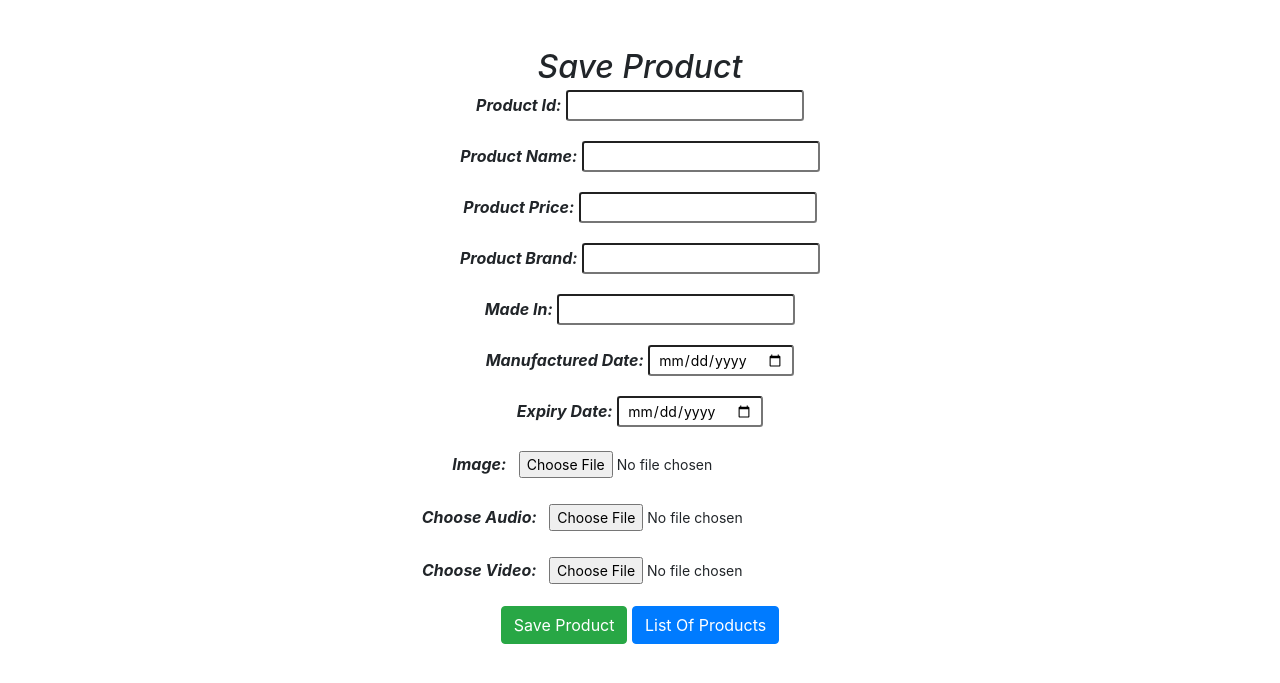
Repository: ananthaanusha/advjavaprograms
Page: ProductManagementApp/src/main/webapp/addProduct.html
An editor plug-in stored every save of this project. The page is shown before and after the next save, followed by the edit.
The browser window is 1280 px wide. The pictures show the whole page.

Above is the page before, as saved 2024-03-10 12:14:27.

### ProductManagementApp/src/main/webapp/addProduct.html
<!DOCTYPE html>
<html>
	<head>
		<title>Product Details...</title>
		<!-- Latest compiled and minified CSS -->
<link rel="stylesheet" href="https://stackpath.bootstrapcdn.com/bootstrap/4.5.2/css/bootstrap.min.css" integrity="sha384-JcKb8q3iqJ61gNV9KGb8thSsNjpSL0n8PARn9HuZOnIxN0hoP+VmmDGMN5t9UJ0Z" crossorigin="anonymous">

		<script type="text/javascript" src="formvalidation.js"></script>


	</head>
	<body>
	<div class="container mt-5 text-center">
	<h2 class="text-center font-italic mb-1">Save Product</h2>
	  <form method="post" action="AddProductServlet" enctype="multipart/form-data" onsubmit="return validateForm()">

		<div class="form-group">
		<label class="font-italic font-weight-bold" for="proId">Product Id:</label>
		<input type="text" class="form-control-sm" id="proId" name="proId" >
		</div>


		<div class="form-group">
		<label class="font-italic font-weight-bold" for="proName">Product Name:</label>
		<input type="text" class="form-control-sm" id="proName" name="proName" >
		</div>

		<div class="form-group">
		<label class="font-italic font-weight-bold" for="proPrice">Product Price:</label>
		<input type="number" class="form-control-sm" id="proPrice" name="proPrice" >
		</div>


		<div class="form-group">
		<label class="font-italic font-weight-bold" for="proBrand">Product Brand:</label>
		<input type="text" class="form-control-sm" id="proBrand" name="proBrand" >
		</div>


		<div class="form-group">
		<label class="font-italic font-weight-bold" for="madeIn">Made In:</label>
		<input type="text" class="form-control-sm" id="madeIn" name="madeIn" >
		</div>


		<div class="form-group">
		<label class="font-italic font-weight-bold" for="mDate">Manufactured Date:</label>
		<input type="date" class="form-control-sm" id="mDate" name="mDate" >
		</div>


		<div class="form-group">
		<label class="font-italic font-weight-bold" for="eDate">Expiry Date:</label>
		<input type="date" class="form-control-sm" id="eDate" name="eDate" >
		</div>


		<div class="form-group">
		<label class="font-italic font-weight-bold" for="proImage">Image:</label>
		<input type="file" class="form-control-sm" id="proImage" name="proImage" accept="image/*">
		</div>


		 <div class="form-group">
		<label class="font-italic font-weight-bold" for="audio">Choose Audio:</label>
		<input type="file" class="form-control-sm" id="audio" name="audio" accept="audio/*">
		</div>

		<div class="form-group">
		<label class="font-italic font-weight-bold" for="video">Choose Video:</label>
		<input type="file" class="form-control-sm" id="proVideo" name="proVideo" accept="video/*">
		</div>
		<div>
		  <input type="submit" class="btn btn-success" value="Save Product"/>
		  <a href="productList.jsp" class="btn btn-primary">List Of Products</a>
		</div>
	  </form>
	</div>
	</body>
</html>

### ProductManagementApp/src/main/webapp/formvalidation.js
function validateForm(){
	var proId=Document.getElementById("proId").value;
	var proName=Document.getElementById("proName").value;
	var proPrice=Document.getElementById("proPrice").value;
	var proBrand=Document.getElementById("proBrand").value;
	var madeIn=Document.getElementById("madeIn").value;

	if(proId.trim() ==="" || proName.trim() ==="" || proPrice.trim() ==="" || proBrand.trim() ==="" || madeIn.trim() ==="")
	{
	alert("All Fields Must Be Filled Out");
	return false;
	}
	if(parseFloat(proPrice)<0){
		alert("price must not be negative ");
		return false;
	}
	if(proName.length >50 || proBrand.length>50){
		alert("Product Name and Brand length should not exceed 50 characters");
		return false;
	}
	var promfgdt=document.getElementById("mDate").value;
	var proexpdt=document.getElementById("eDate").value;
	var manufacturedDate = new Date(promfgdt);
	var expiryDate=new Date(proexpdt);
	if(manufacturedDate > expiryDate)
	{
		alert("manufactured date cannot be greater than expiry date");
		return false;
	}
	return true;
}

After the next save:
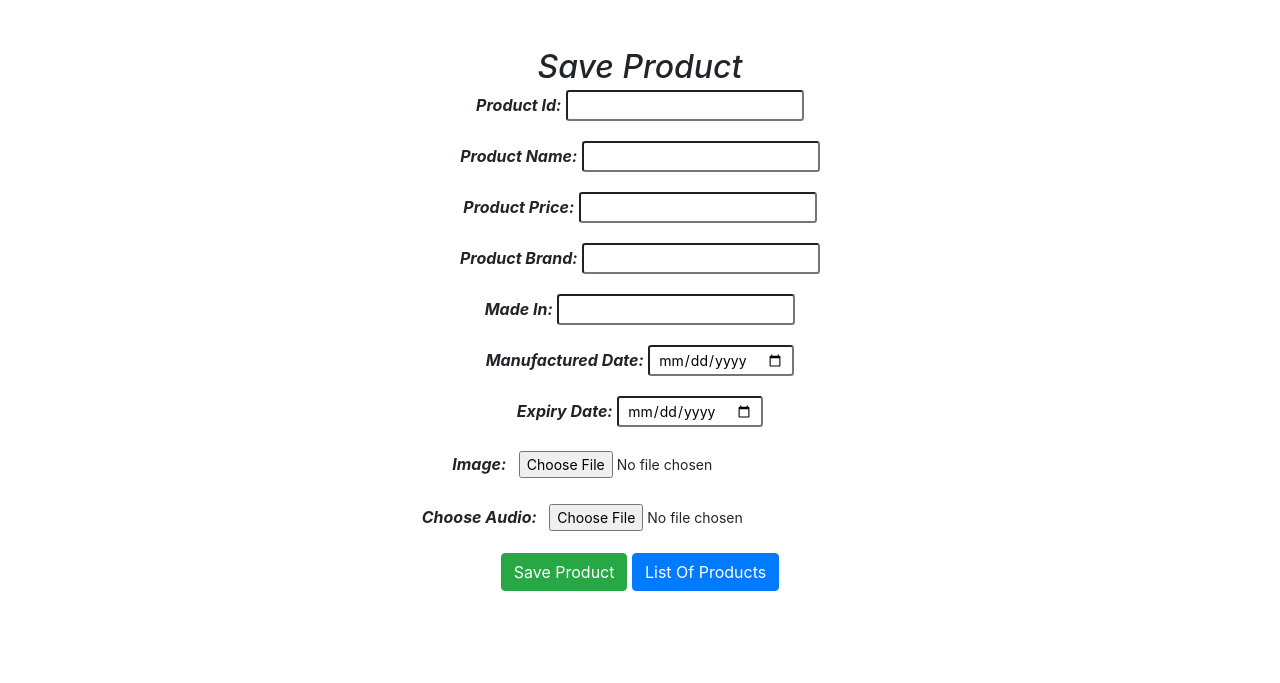
Saved 2 min 12 s later.
--- a/ProductManagementApp/src/main/webapp/addProduct.html
+++ b/ProductManagementApp/src/main/webapp/addProduct.html
@@ -66,10 +66,10 @@
 		<input type="file" class="form-control-sm" id="audio" name="audio" accept="audio/*">
 		</div>
 
-		<div class="form-group">
+		<!--  <div class="form-group">
 		<label class="font-italic font-weight-bold" for="video">Choose Video:</label>
 		<input type="file" class="form-control-sm" id="proVideo" name="proVideo" accept="video/*">
-		</div>
+		</div>-->
 		<div>
 		  <input type="submit" class="btn btn-success" value="Save Product"/>
 		  <a href="productList.jsp" class="btn btn-primary">List Of Products</a>
